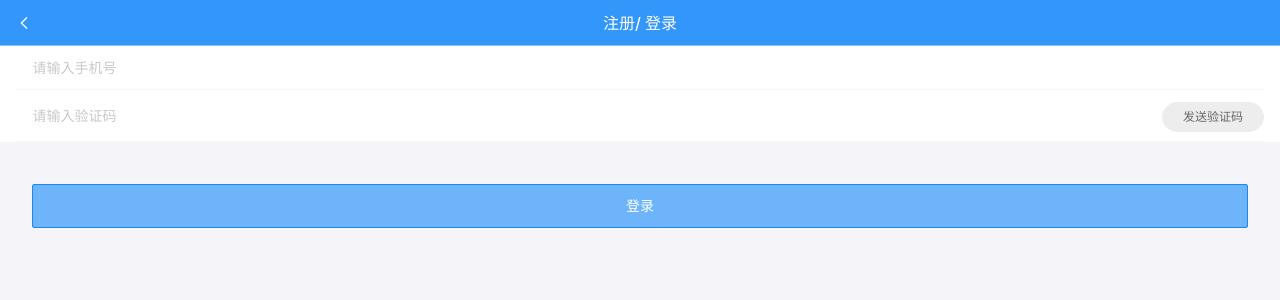
Repository: xn-lb/toutiao-mb
Page: /#/login
An editor plug-in stored every save of this project. The page is shown before and after a run of saves, followed by the edit.
The browser window is 1280 px wide. The pictures show the whole page.
Some web fonts or font styles are not loaded; a fallback is used. The project was rebuilt for these pictures with package versions that can differ from the ones it lists, and the page was loaded fresh each time. Also part of the build but not shown: vue.config.js.

Above is the page before, as saved 2023-03-23 21:21:14.

### src/main.js
import Vue from 'vue'
import App from './App.vue'
import router from './router'
import store from './store'
// 加载全局样式
import './styles/index.less'
import Vant from 'vant' //加载Vant 组件库
import 'vant/lib/index.css'
import 'amfe-flexible' //加载动态设置  rem 基准值

Vue.use(Vant); //注册使用组件库

Vue.config.productionTip = false

new Vue({
    router,
    store,
    render: h => h(App)
}).$mount('#app')

### src/App.vue
<template>
  <div id="app">
  <!-- 路由的出口 -->
    <router-view></router-view>



  </div>
</template>
<script>
export default {
  name: 'APP'
}
</script>
<style lang="less">

</style>

### src/router/index.js
import Vue from 'vue'
import VueRouter from 'vue-router'



Vue.use(VueRouter)

// 路由表
const routes = [{
        path: '/login',
        name: 'LoginIndex',
        component: () =>
            import ('@/views/login')
    },
    {
        path: '/',
        component: () =>
            import ('@/views/layout/'),
        children: [{
                path: '/qa',
                name: 'qa',
                component: () =>
                    import ('@/views/qa/')
            },
            {
                path: '/video',
                name: 'video',
                component: () =>
                    import ('@/views/video/')
            },
            {
                path: '/my', //默认子路由
                name: 'my',
                component: () =>
                    import ('@/views/my/')
            },
            {
                path: '', //默认子路由
                name: 'home',
                component: () =>
                    import ('@/views/home/')
            }
        ]
    }

]

const router = new VueRouter({
    routes
})

export default router

### src/styles/index.less
// 全局样式文件
// 加载图标样式
@import "./icon.less";

body{
    background-color: #f5f5f9;
}
.app-nav-bar{
    background-color: #3296fa !important;
    .van-nav-bar__title{
        color: #fff;
    }
    .van-icon{
        color:#fff !important;
    }
}

### src/views/login/index.vue
<template>
  <div class="login-container">
    <!-- 导航栏 -->
    <van-nav-bar class="app-nav-bar"
     title=" 注册/ 登录"
     left-arrow
     @click-left="$router.back()"
     />

    <!-- 登录表单 -->
    <van-form >
  <van-field
    v-model="user.mobile"
    name="手机号"
    placeholder="请输入手机号"
   >
      <i slot="left-icon" class="toutiao toutiao-shouji"></i>
   </van-field>
  <van-field
    v-model="user.code"
    name="验证码"
    placeholder="请输入验证码"
  >
   <i slot="left-icon" class="toutiao toutiao-yanzhengma"></i>
   <template #button>
    <van-button size="small" type="default" round class="send-sms-btn">发送验证码</van-button>
  </template>
  </van-field>
  <div style="margin: 16px;">
   <div class="login-btn-wrap">
    <van-button  block type="info" class="login-btn">登录</van-button>
   </div>
  </div>
</van-form>
  </div>
</template>

<script>
import {login} from '@/api/user'

export default {
  name: 'LoginIndex',
  components: {
    onsubmit
  },
  props: {},
  data () {
    return {
      user:{
        mobile:'',//手机号
        code:''//验证码
      }
    }
  },
  computed: {},
  watch: {},
  created () {},
  mounted () {},
  methods: {
    async onsubmit (){
      //1.获取表单数据
      const user = this.user
      //2.表单验证
      //3.提交表单登录
      try{
        const res = await login(user)
        console.log('登录成功', res);
      } catch (err){
        console.log('登录失败', err);
      }

      // 4.根据请求响应结果处理后续操作
    }
  }
}
</script>

<style scoped lang="less">

.login-container{

  .login-btn-wrap{
    padding: 26px 16px;
    .login-btn{
      background-color: #6db4fb;
    }
  }
}
.send-sms-btn{
  background-color: #ededed;
  font-style: 22px;
  color: #666;
  width: 102px;
  height: 30px;
  // line-height: 46;
}

</style>

### src/styles/icon.less
@font-face {
    font-family: "toutiao"; /* Project id 3968849 */
    src: url('//at.alicdn.com/t/c/font_3968849_y288fdc89co.eot?t=1679462277967'); /* IE9 */
    src: url('//at.alicdn.com/t/c/font_3968849_y288fdc89co.eot?t=1679462277967#iefix') format('embedded-opentype'), /* IE6-IE8 */
         url('//at.alicdn.com/t/c/font_3968849_y288fdc89co.woff2?t=1679462277967') format('woff2'),
         url('//at.alicdn.com/t/c/font_3968849_y288fdc89co.woff?t=1679462277967') format('woff'),
         url('//at.alicdn.com/t/c/font_3968849_y288fdc89co.ttf?t=1679462277967') format('truetype'),
         url('//at.alicdn.com/t/c/font_3968849_y288fdc89co.svg?t=1679462277967#toutiao') format('svg');
  }

  .toutiao {
    font-family: "toutiao" !important;
    font-size: 16px;
    font-style: normal;
    -webkit-font-smoothing: antialiased;
    -moz-osx-font-smoothing: grayscale;
  }

  .toutiao-guanbi:before {
    content: "\e601";
  }

  .toutiao-gengduo:before {
    content: "\e602";
  }

  .toutiao-pinglun:before {
    content: "\e603";
  }

  .toutiao-shanchu:before {
    content: "\e604";
  }

  .toutiao-dianzan:before {
    content: "\e605";
  }

  .toutiao-lishi:before {
    content: "\e606";
  }

  .toutiao-shipin:before {
    content: "\e607";
  }

  .toutiao-shoucang:before {
    content: "\e608";
  }

  .toutiao-yanzhengma:before {
    content: "\e609";
  }

  .toutiao-wenda:before {
    content: "\e60a";
  }

  .toutiao-fenxiang:before {
    content: "\e60b";
  }

  .toutiao-youjiantou:before {
    content: "\e60c";
  }

  .toutiao-wuwangluo:before {
    content: "\e60d";
  }

  .toutiao-shouji:before {
    content: "\e60e";
  }

  .toutiao-zuojiantou:before {
    content: "\e60f";
  }

  .toutiao-shouye:before {
    content: "\e610";
  }

  .toutiao-wode:before {
    content: "\e611";
  }

  .toutiao-sousuo:before {
    content: "\e612";
  }

  .toutiao-zuopin:before {
    content: "\e613";
  }

  .toutiao-yuedu:before {
    content: "\e614";
  }

### src/api/user.js
// 用户相关请求模块
import request from "@/utils/request";

export const login = data => {
    return request({
        method: 'POST',
        url: '/v1_0/authotizations',
        data
    })
}

### src/utils/request.js
// 封装axios 请求模块
import axios from "axios"

const request = axios.create({
    baseURL: 'http://toutiao.itheima.net/' //接口的基本路径
})


// 请求拦截器


// 响应拦截器

export default request

Loaded but not shown: public/index.html (common file); src/store/index.js (common file)

After the next 2 saves:
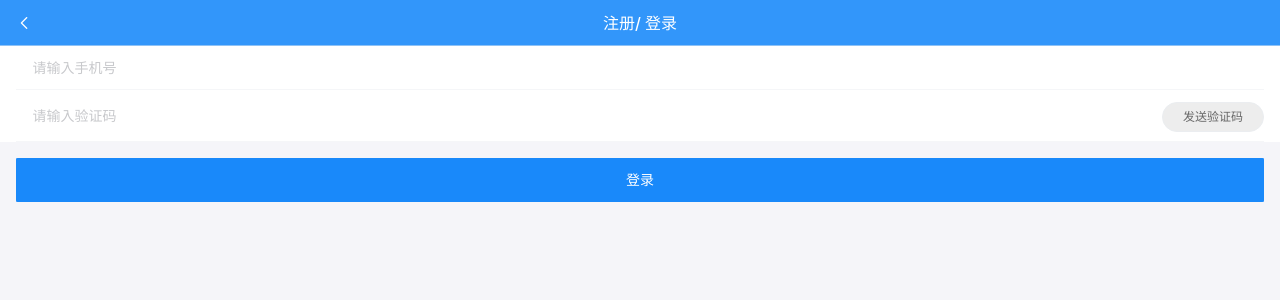
The 2 saves are shown as one change because they came seconds apart.
The last was saved 33 s later.
--- a/src/views/login/index.vue
+++ b/src/views/login/index.vue
@@ -76,15 +76,14 @@ export default {
 </script>
 
 <style scoped lang="less">
+.page-nav-bar{
+  background-color:#3296fa;
+}
+.login-container{
+  .toutiao{
+    font-style: 37px;
+  }
 
-.login-container{
-
-  .login-btn-wrap{
-    padding: 26px 16px;
-    .login-btn{
-      background-color: #6db4fb;
-    }
-  }
 }
 .send-sms-btn{
   background-color: #ededed;
@@ -94,5 +93,10 @@ export default {
   height: 30px;
   // line-height: 46;
 }
+.login-btn-wrap{
+  background-color: #6db4fb;
+  border: none;
+  font-style: 42px;
 
+}
 </style>
